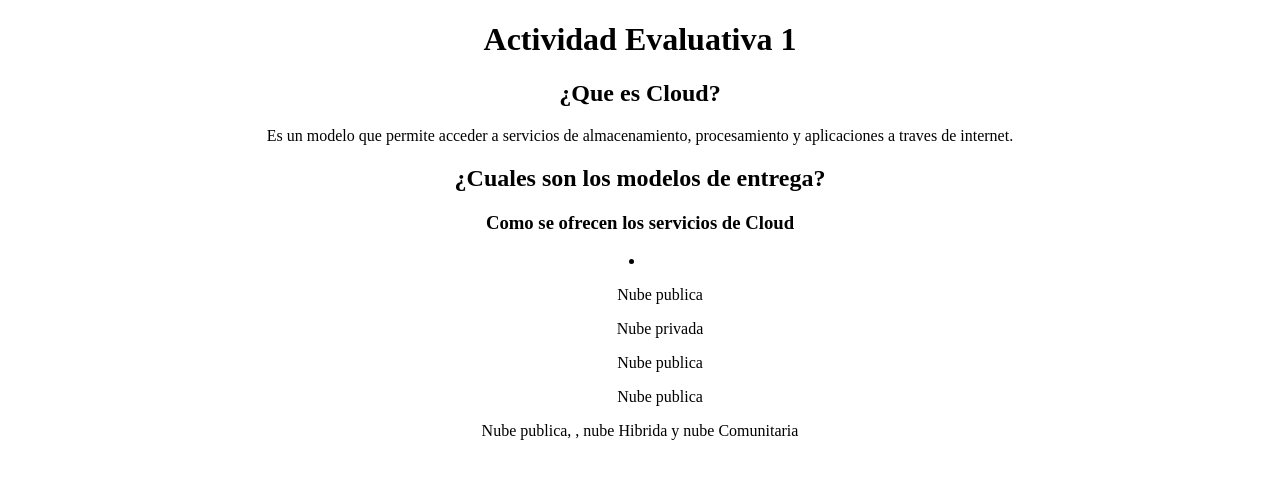
Repository: Laura-Oliveros/Actividad-Evaluativa-1
Page: LauSebas.html
An editor plug-in stored every save of this project. The page is shown before and after a run of saves, followed by the edit.
The browser window is 1280 px wide. The pictures show the whole page.

Above is the page before, as saved 2025-09-04 18:53:27.

After the next 4 saves:
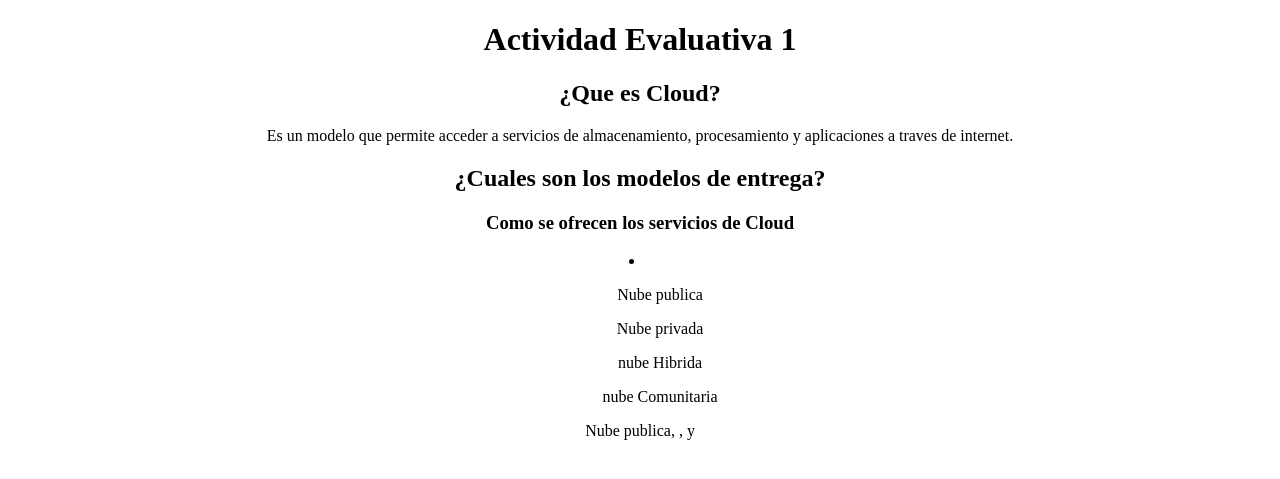
The 4 saves are shown as one change because they came seconds apart.
The last was saved 11 s later.
--- a/LauSebas.html
+++ b/LauSebas.html
@@ -18,10 +18,10 @@
         <li>
             <ul>Nube publica</ul>
             <ul>Nube privada</ul>
-            <ul>Nube publica</ul>
-            <ul>Nube publica</ul>
+            <ul>nube Hibrida</ul>
+            <ul>nube Comunitaria</ul>
         </li>
-        <p>Nube publica, , nube Hibrida y nube Comunitaria</p>
+        <p>Nube publica, ,  y </p>
 
 </body>
 </html>
